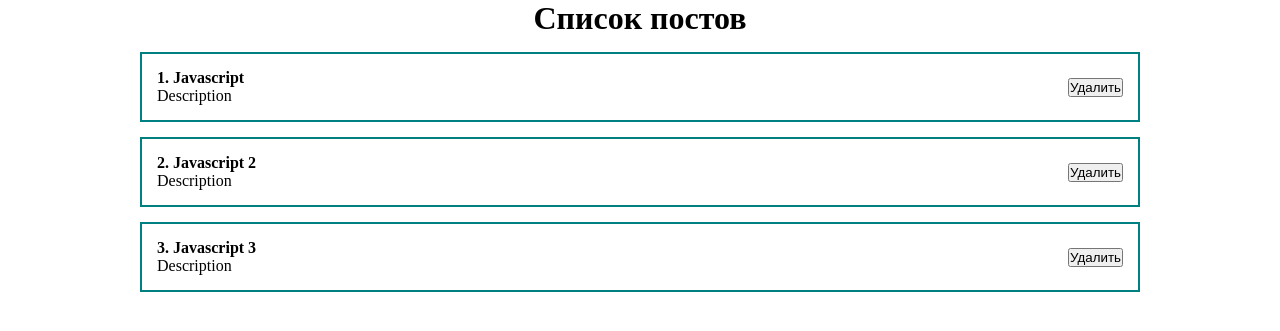
Repository: otvertka/ulb
Page: /
These files come from the project's save history. The page is drawn as it stood at one moment and after the next save; the edit follows.
The browser window is 1280 px wide. The pictures show the whole page.
The project was rebuilt for these pictures with package versions that can differ from the ones it lists, and the page was loaded fresh each time. Also part of the build but not shown: src/components/Counter.jsx, src/components/ClassCounter.jsx.

Above is the page before, as saved 2023-06-10 12:55:58.

After the next save:
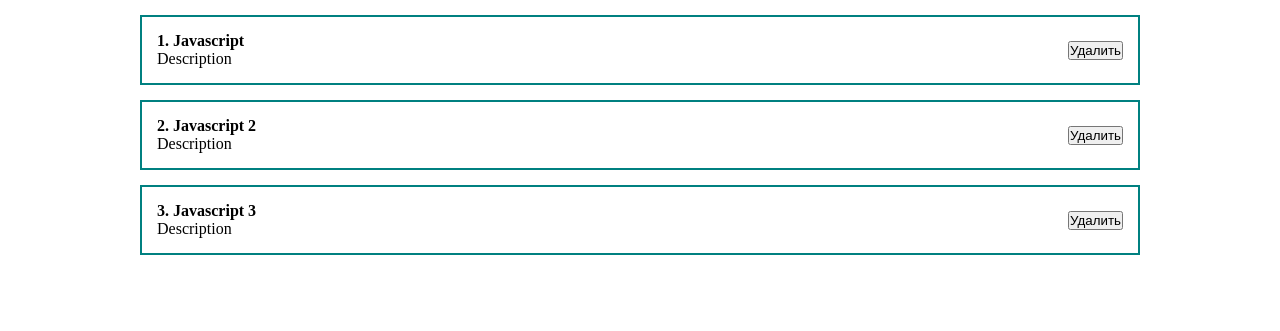
Saved 29 s later.
--- a/src/App.js
+++ b/src/App.js
@@ -13,7 +13,7 @@
   // импортируем компонент Counter
   return (
     <div className="App">
-      <h1 style={{ textAlign: "center" }}>Список постов</h1>
+      {/* <h1 style={{ textAlign: "center" }}>Список постов</h1> */}
       {posts.map((post) => (
         <PostItem post={post} key={post.id} />
       ))}

After the save that followed:
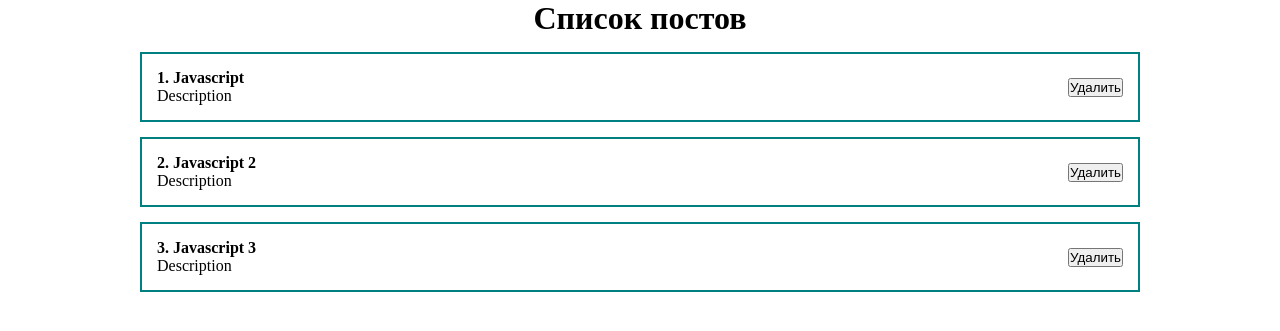
Saved 9 s later.
--- a/src/App.js
+++ b/src/App.js
@@ -13,7 +13,7 @@
   // импортируем компонент Counter
   return (
     <div className="App">
-      {/* <h1 style={{ textAlign: "center" }}>Список постов</h1> */}
+      <h1 style={{ textAlign: "center" }}>Список постов</h1>
       {posts.map((post) => (
         <PostItem post={post} key={post.id} />
       ))}
